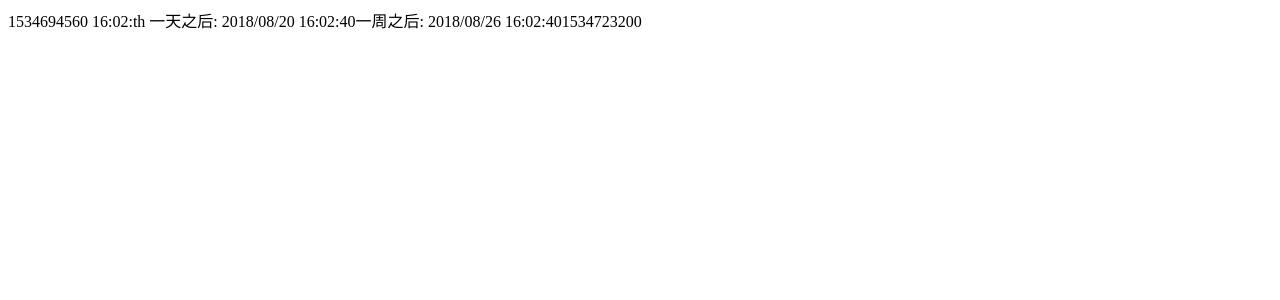
Repository: xiangyu-lin/Python_module
Page: http://localhost/9-dateAndTime/9-3timeStamp.php
The author's editor kept a copy of each file at every save. The page is drawn from the files as they stood at one save, then again after the next save.
The browser window is 1280 px wide. The pictures show the whole page.
The page is run by PHP 8.4 with error messages shown; the project is at /var/www/html/.

Above is the page before, as saved 2018-08-20 14:05:50.

After the next save:
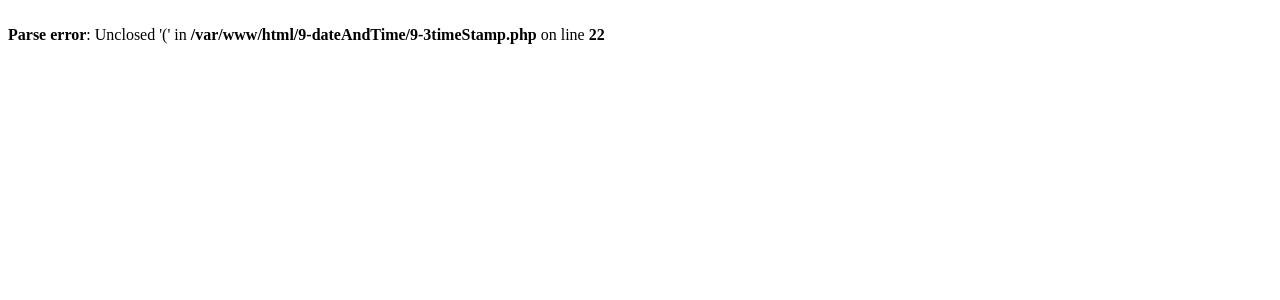
Saved 3 min 5 s later.
--- a/demo/9-dateAndTime/9-3timeStamp.php
+++ b/demo/9-dateAndTime/9-3timeStamp.php
@@ -17,3 +17,6 @@ echo '一周之后: '.date('Y/m/d H:i:s',time()+24*3600*7);
 echo mktime(0,0,0,8,20,2018);
 
 // 计算两个日期的时间差
+$birth = mktime(0,0,0,1,18,1995);
+$time = time();
+echo mktime(($time - $birth)/24/3600/3650

After the save that followed:
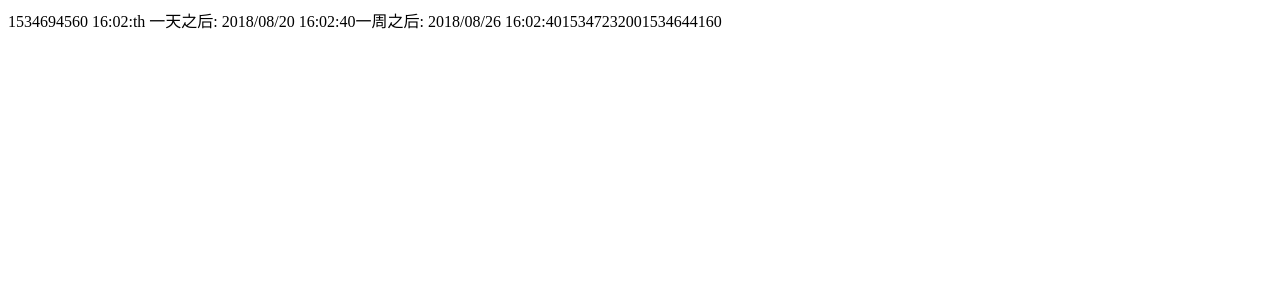
Saved 6 s later.
--- a/demo/9-dateAndTime/9-3timeStamp.php
+++ b/demo/9-dateAndTime/9-3timeStamp.php
@@ -19,4 +19,4 @@ echo mktime(0,0,0,8,20,2018);
 // 计算两个日期的时间差
 $birth = mktime(0,0,0,1,18,1995);
 $time = time();
-echo mktime(($time - $birth)/24/3600/3650
+echo mktime(($time - $birth)/24/3600/3650);
